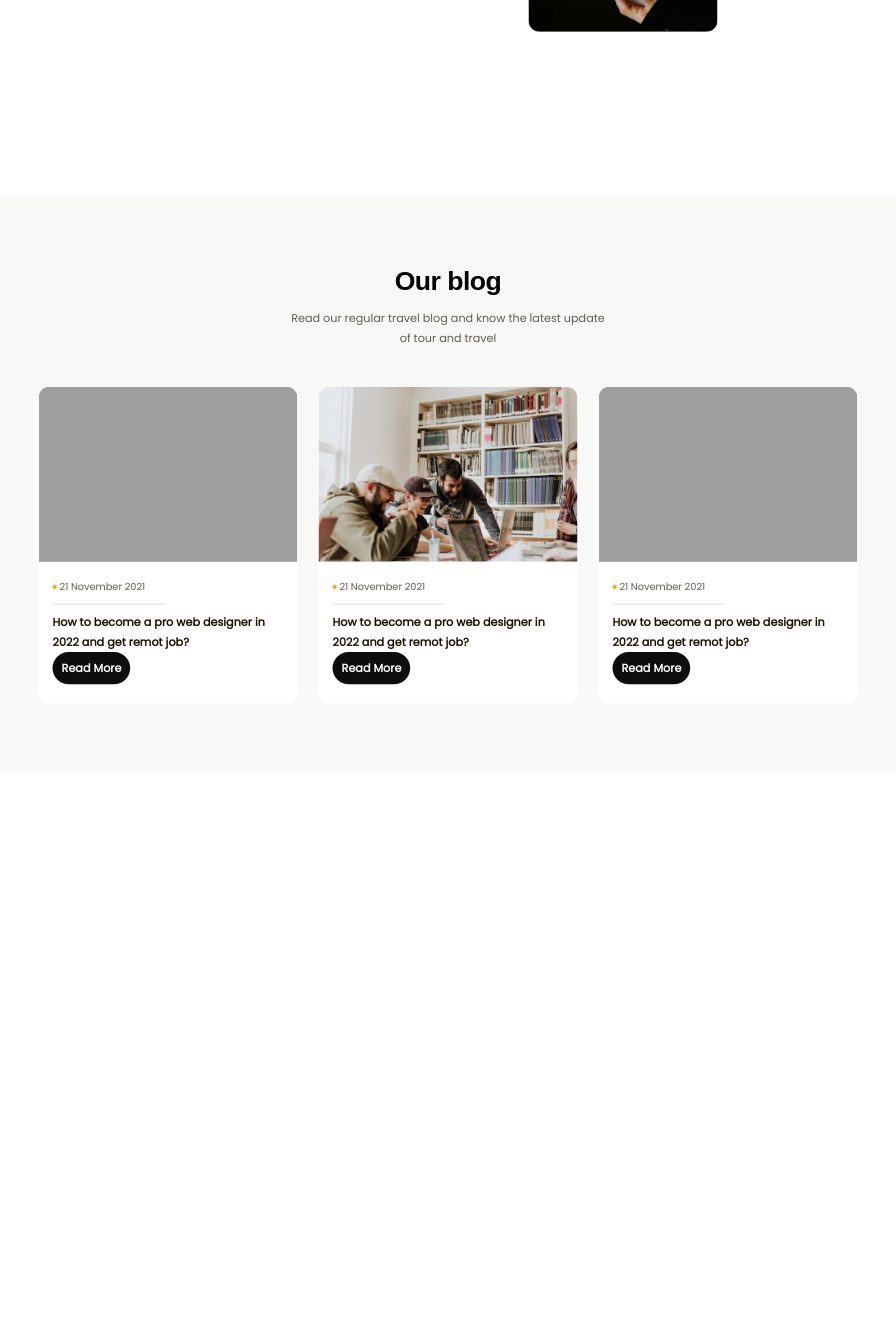
Repository: nguyendonghieu1011-png/figma-to-html1
Page: index.html
The author's editor kept a copy of each file at every save. The page is drawn from the files as they stood at one save, then again after the next save.
The browser window is 1280 px wide. The pictures show the part of the page from y = 3528 to 5448 px (the page is 10000 px tall), at 70% of full size.
Pictures or frames that could not be fetched are drawn as grey boxes. A picture or video elsewhere on the page could not be fetched, so the positions and the page height are approximate. Some web fonts or font styles are not loaded; a fallback is used. Some web libraries are served in a nearby version.

Above is the page before, as saved 2026-01-06 18:52:05.

After the next save:
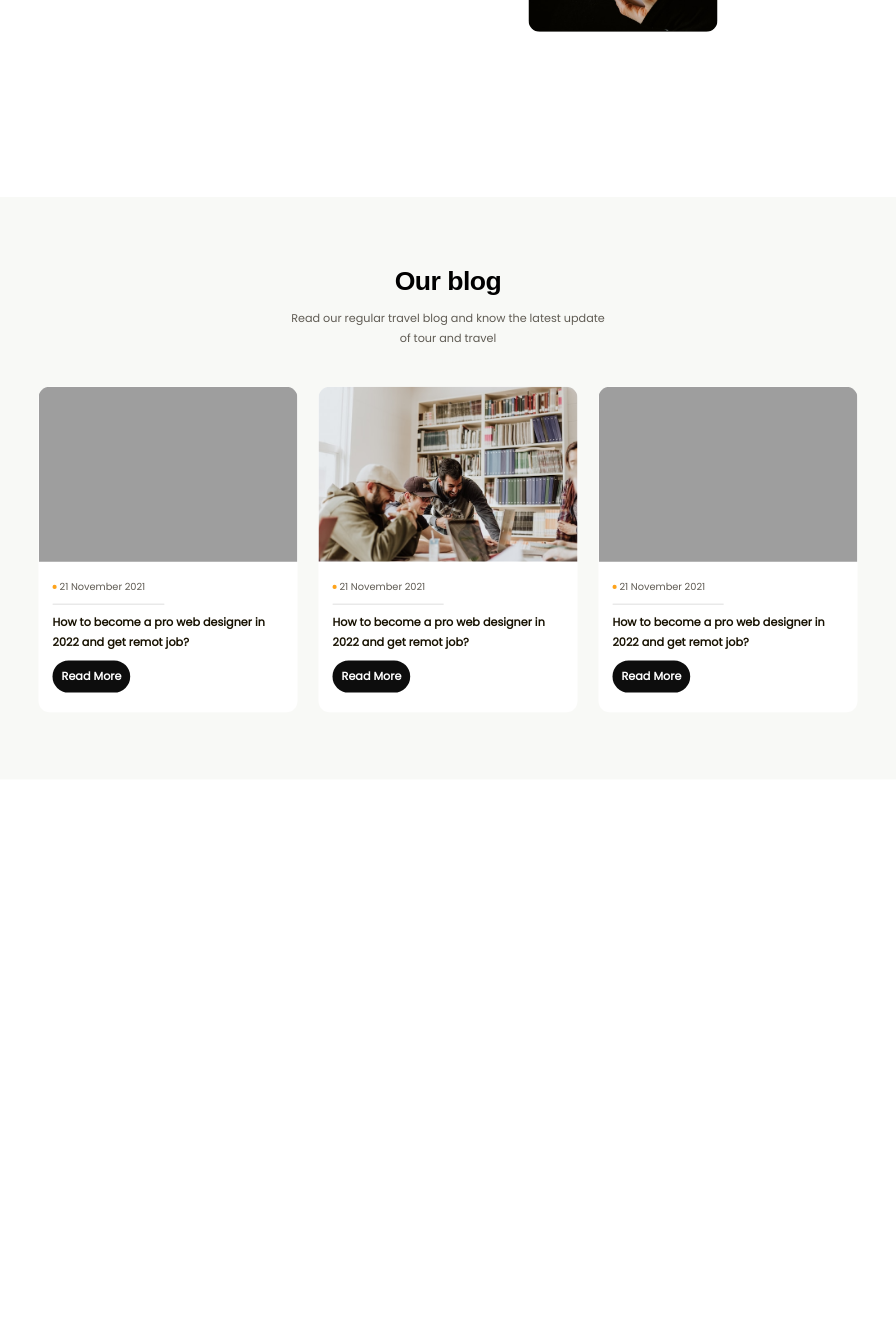
Saved 69 s later.
--- a/assets/css/style.css
+++ b/assets/css/style.css
@@ -628,3 +628,7 @@ a {
     font-weight: 600;
     line-height: 1.75;
 }
+
+.blog .item .btn {
+  margin-top: 12px;
+}
